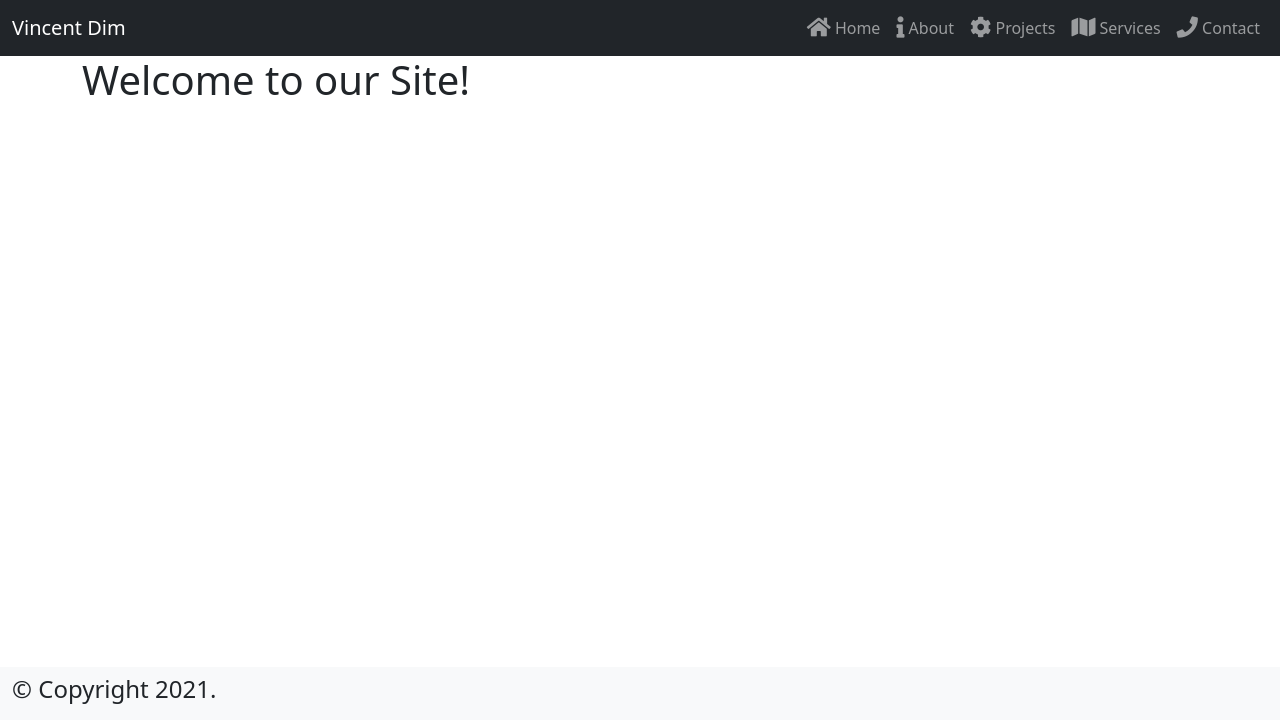
Repository: Vincent-Dim/-COMP229-M2021-A2
Page: http://localhost/
The author's editor kept a copy of each file at every save. The page is drawn from the files as they stood at one save, then again after the next save.
The browser window is 1280 px wide. The pictures show the whole page.
The page is served by the project's Node server (index.js).

Above is the page before, as saved 2021-06-18 10:28:58.

After the next save:
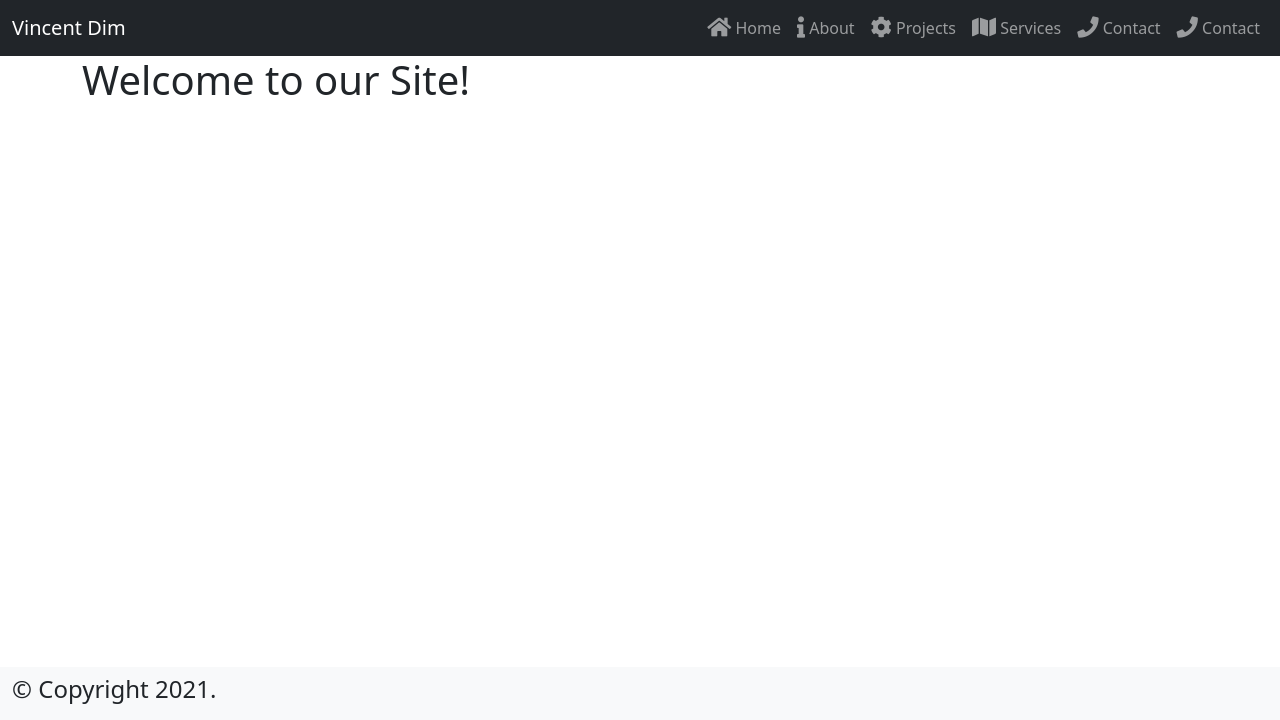
Saved 7 h 4 min later.
--- a/Server/Views/components/header.ejs
+++ b/Server/Views/components/header.ejs
@@ -21,6 +21,11 @@
           <li class="nav-item">
             <a class="nav-link" href="/contact"><i class="fas fa-phone fa-lg"></i> Contact</a>
           </li>
+
+          <!--clothing list secure area and authentication links-->
+          <li class="nav-item">
+            <a class="nav-link" href="/contact"><i class="fas fa-phone fa-lg"></i> Contact</a>
+          </li>
         </ul>
       </div>
     </div>
